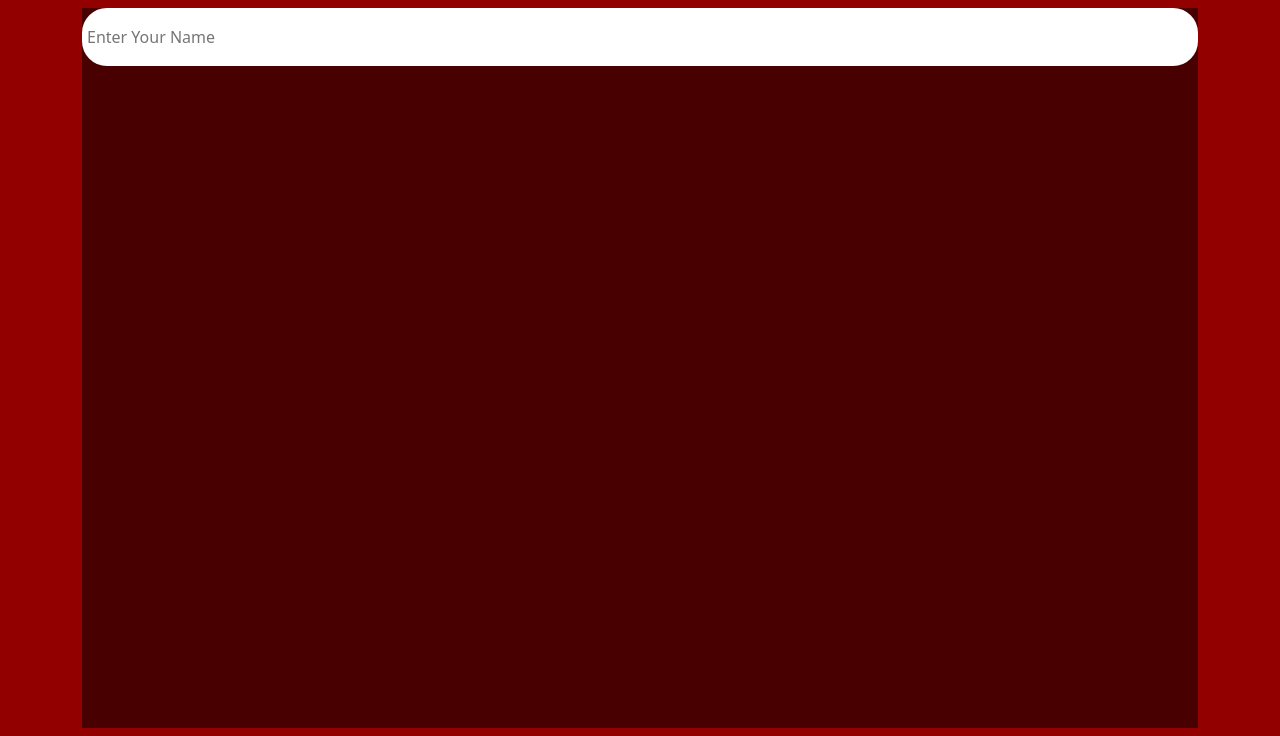
Repository: Haneef-Shaik/Greetings
Page: /
These files come from the project's save history. The page is drawn as it stood at one moment and after the next save; the edit follows.
The browser window is 1280 px wide. The pictures show the whole page.
The project was rebuilt for these pictures with package versions that can differ from the ones it lists, and the page was loaded fresh each time. The framework's server and built-in components were replaced by stand-ins that run in the browser. Also part of the build but not shown: next.config.js, styles/card.module.scss, components/card.js, styles/socialShare.module.scss, components/socialShare.js.

Above is the page before, as saved 2021-12-01 20:10:02.

After the next save:
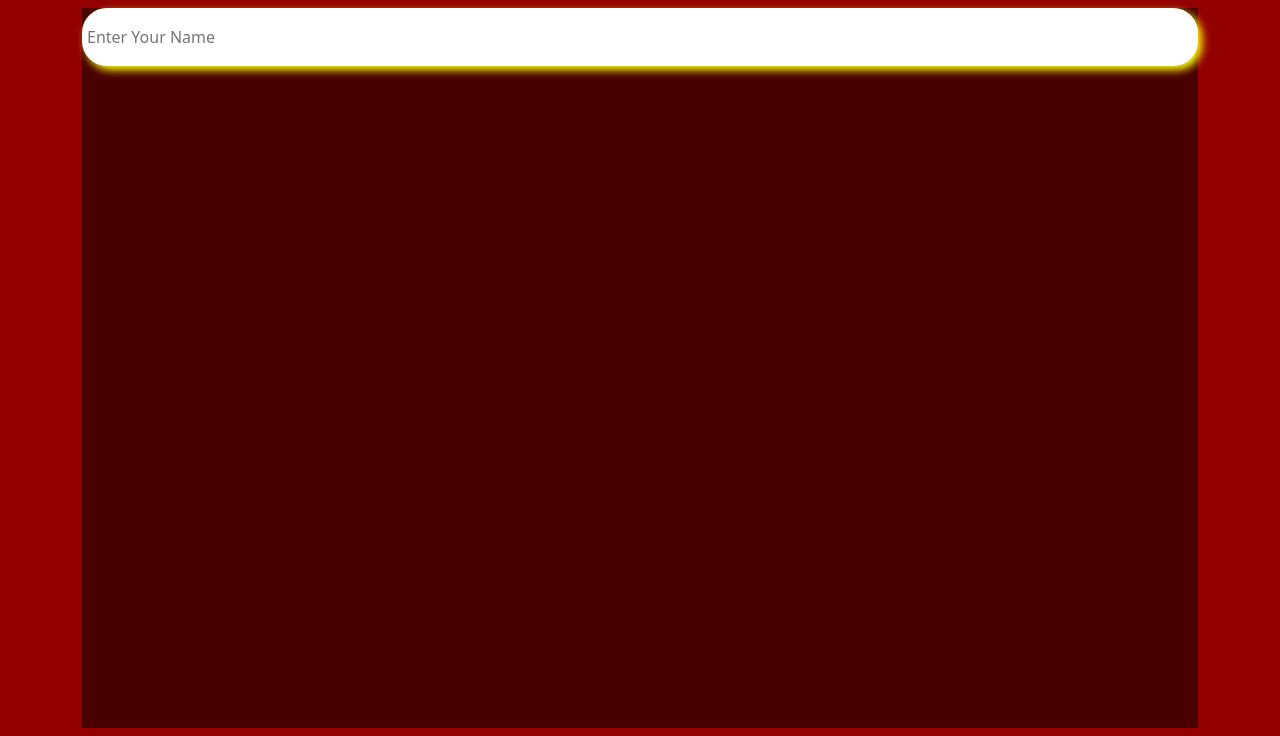
Saved 23 s later.
--- a/styles/form.module.scss
+++ b/styles/form.module.scss
@@ -5,6 +5,7 @@
         border:5px solid #FFFFFF;
         border-radius:25px;
         background-color:#fff;
+        box-shadow: 4px 4px 8px yellow;
         line-height:3rem;
 
     }
